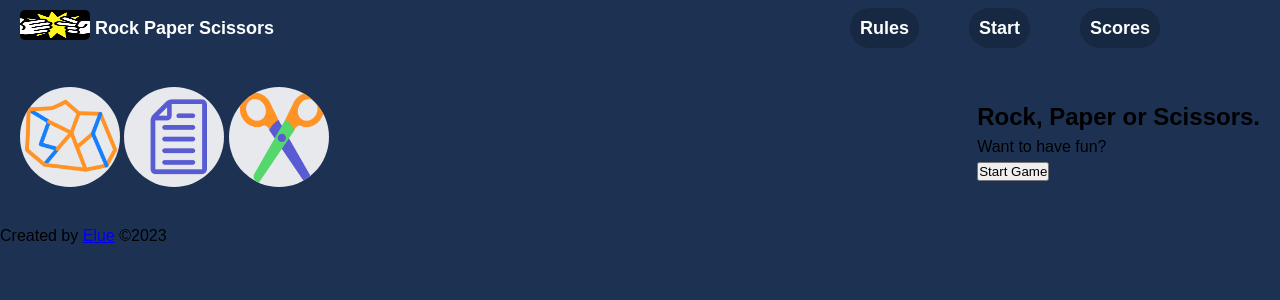
Repository: MikkyPrestige/rock-paper-scissors
Page: index.html
These files come from the project's save history. The page is drawn as it stood at one moment and after the next save; the edit follows.
The browser window is 1280 px wide. The pictures show the whole page.

Above is the page before, as saved 2023-05-08 04:35:32.

After the next save:
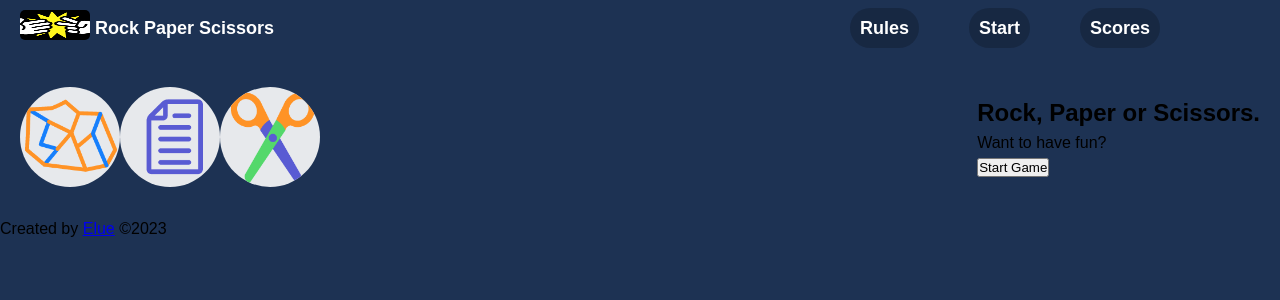
Saved 14 s later.
--- a/index.css
+++ b/index.css
@@ -100,10 +100,10 @@
 
 .images {
   position: relative;
-  /* display: flex;
+  display: flex;
   justify-content: center;
   align-items: center;
-  height: auto; */
+  height: auto;
 }
 
 .img {

After the save that followed:
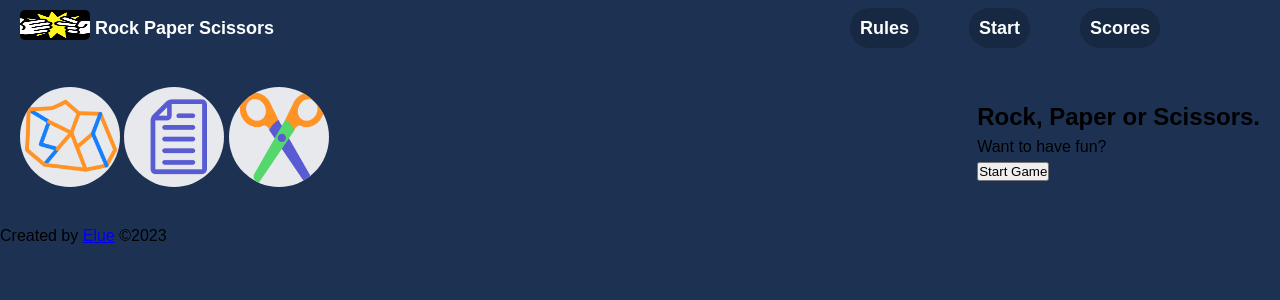
Saved 15 s later.
--- a/index.css
+++ b/index.css
@@ -95,15 +95,11 @@
   align-items: center;
   padding: 1rem 2rem;
   width: 100%;
-  height: auto;
+  height: 100%;
 }
 
 .images {
   position: relative;
-  display: flex;
-  justify-content: center;
-  align-items: center;
-  height: auto;
 }
 
 .img {
